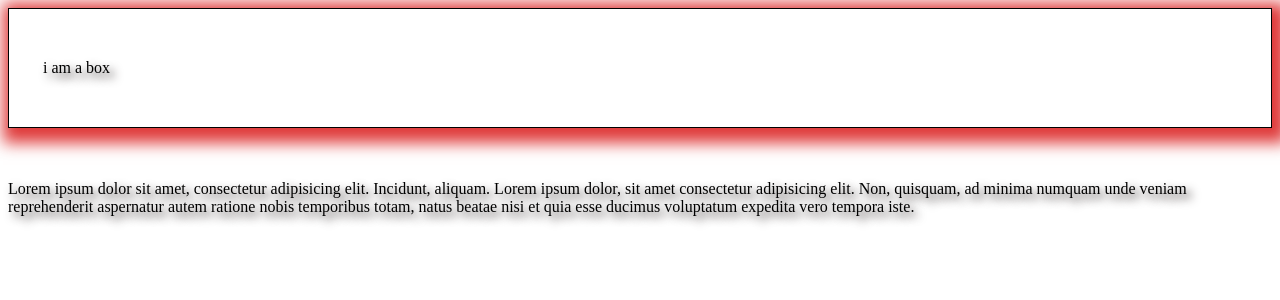
Repository: diensy/Web_dev
Page: Css/Shadows/shadow.html
The author's editor kept a copy of each file at every save. The page is drawn from the files as they stood at one save, then again after a run of saves.
The browser window is 1280 px wide. The pictures show the whole page.

Above is the page before, as saved 2024-05-25 22:40:02.

After the next 2 saves:
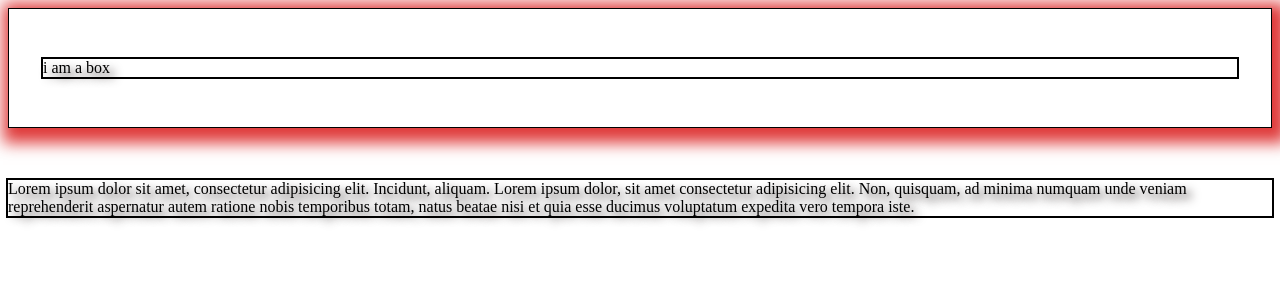
The 2 saves are shown as one change because they came seconds apart.
The last was saved 14 s later.
--- a/Css/Shadows/shadow.css
+++ b/Css/Shadows/shadow.css
@@ -5,5 +5,6 @@
 }
 p{
     text-shadow: 5px 5px 10px #312a2a;
+    outline: 2px solid black;
 
 }
